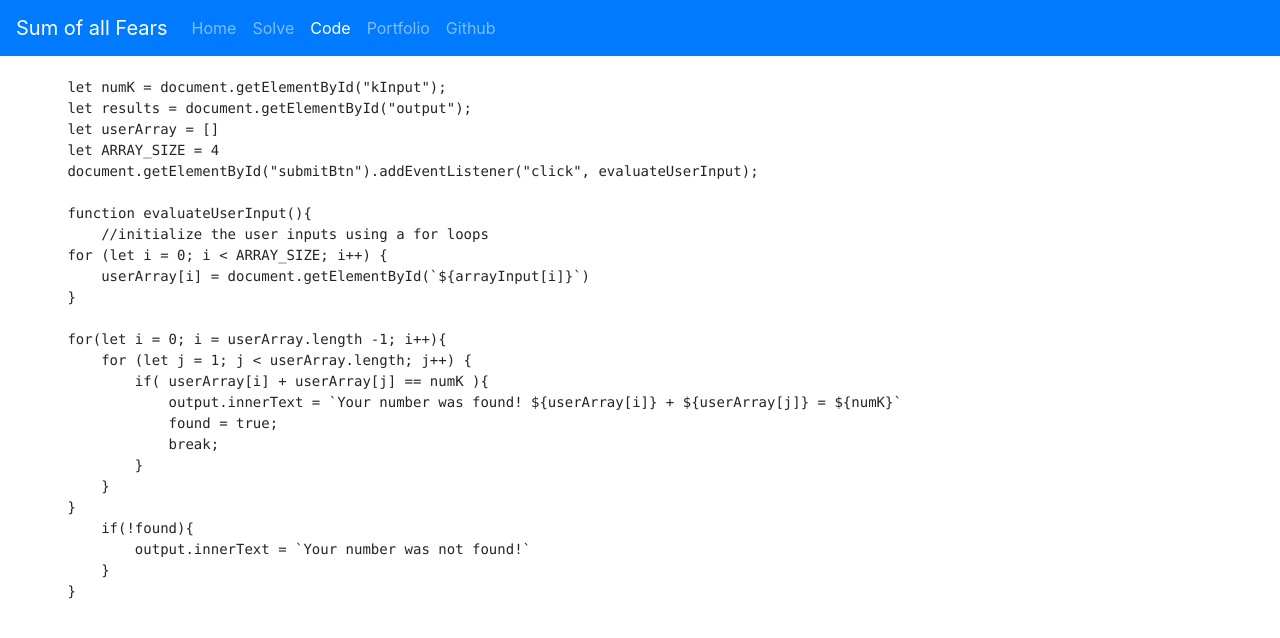
Repository: zhadjah9559/BrainBufferOverflow
Page: code.html
An editor plug-in stored every save of this project. The page is shown before and after the next save, followed by the edit.
The browser window is 1280 px wide. The pictures show the whole page.

Above is the page before, as saved 2021-01-18 00:55:06.

After the next save:
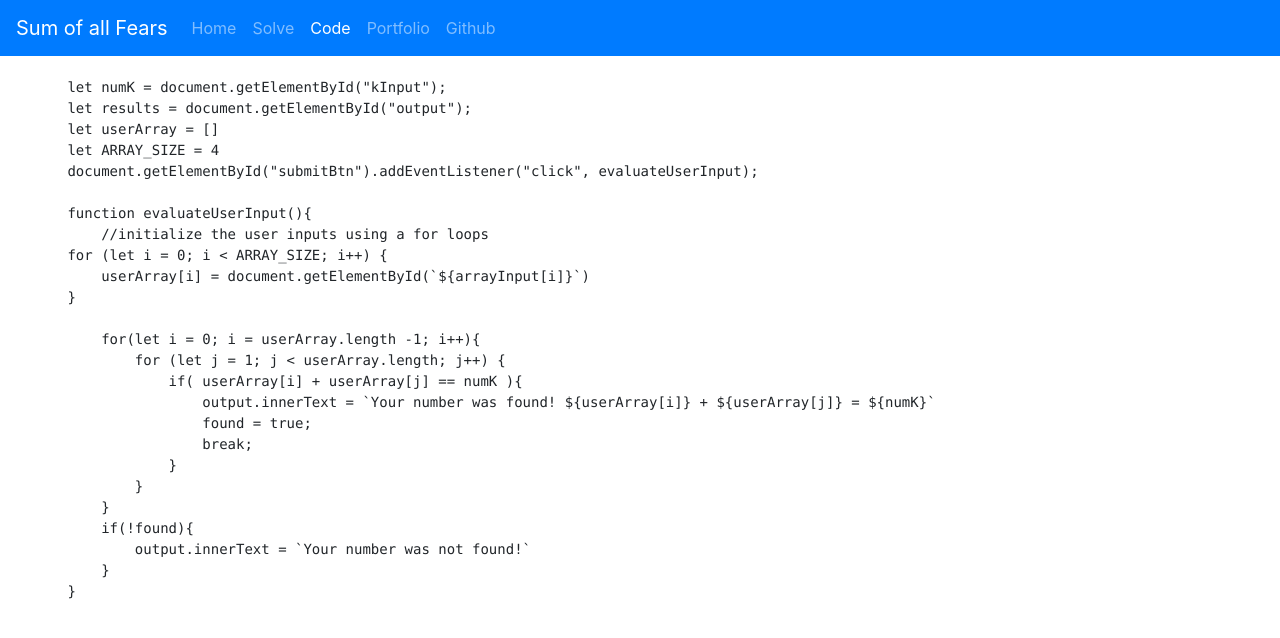
Saved 29 s later.
--- a/code.html
+++ b/code.html
@@ -51,15 +51,15 @@
             userArray[i] = document.getElementById(`${arrayInput[i]}`)
         }
 
-        for(let i = 0; i = userArray.length -1; i++){
-            for (let j = 1; j < userArray.length; j++) {
-                if( userArray[i] + userArray[j] == numK ){
-                    output.innerText = `Your number was found! ${userArray[i]} + ${userArray[j]} = ${numK}`
-                    found = true;
-                    break;
+            for(let i = 0; i = userArray.length -1; i++){
+                for (let j = 1; j < userArray.length; j++) {
+                    if( userArray[i] + userArray[j] == numK ){
+                        output.innerText = `Your number was found! ${userArray[i]} + ${userArray[j]} = ${numK}`
+                        found = true;
+                        break;
+                    }
                 }
             }
-        }
             if(!found){
                 output.innerText = `Your number was not found!`
             }
